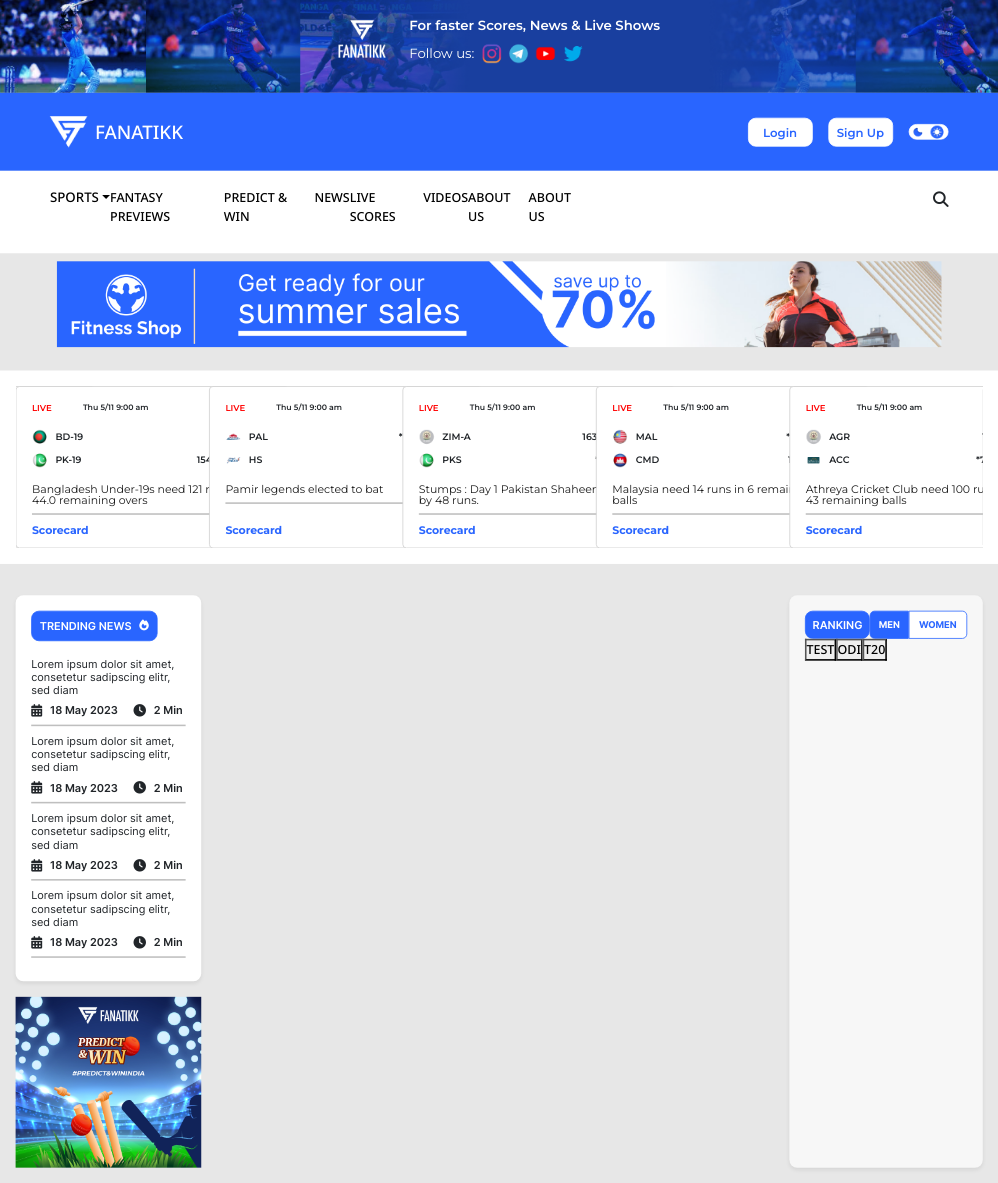
Repository: FlyweisReact/Kannapa
Page: /
These files come from the project's save history. The page is drawn as it stood at one moment and after a run of saves; the edit follows.
The browser window is 1280 px wide. The pictures show the whole page, at 78% of full size.
Some web libraries are served in a nearby version. The project was rebuilt for these pictures with package versions that can differ from the ones it lists, and the page was loaded fresh each time. Also part of the build but not shown: src/Components/Layout/Footer.js, src/Components/Sliders/Index-video-Slider.js, src/Components/firstScreen.jsx, src/Components/secondScreen.jsx, src/Components/thirdScreen.jsx, src/Components/fourthScreen.jsx, src/CSS/Footer.css.

Above is the page before, as saved 2023-06-03 16:06:58.

After the next 2 saves:
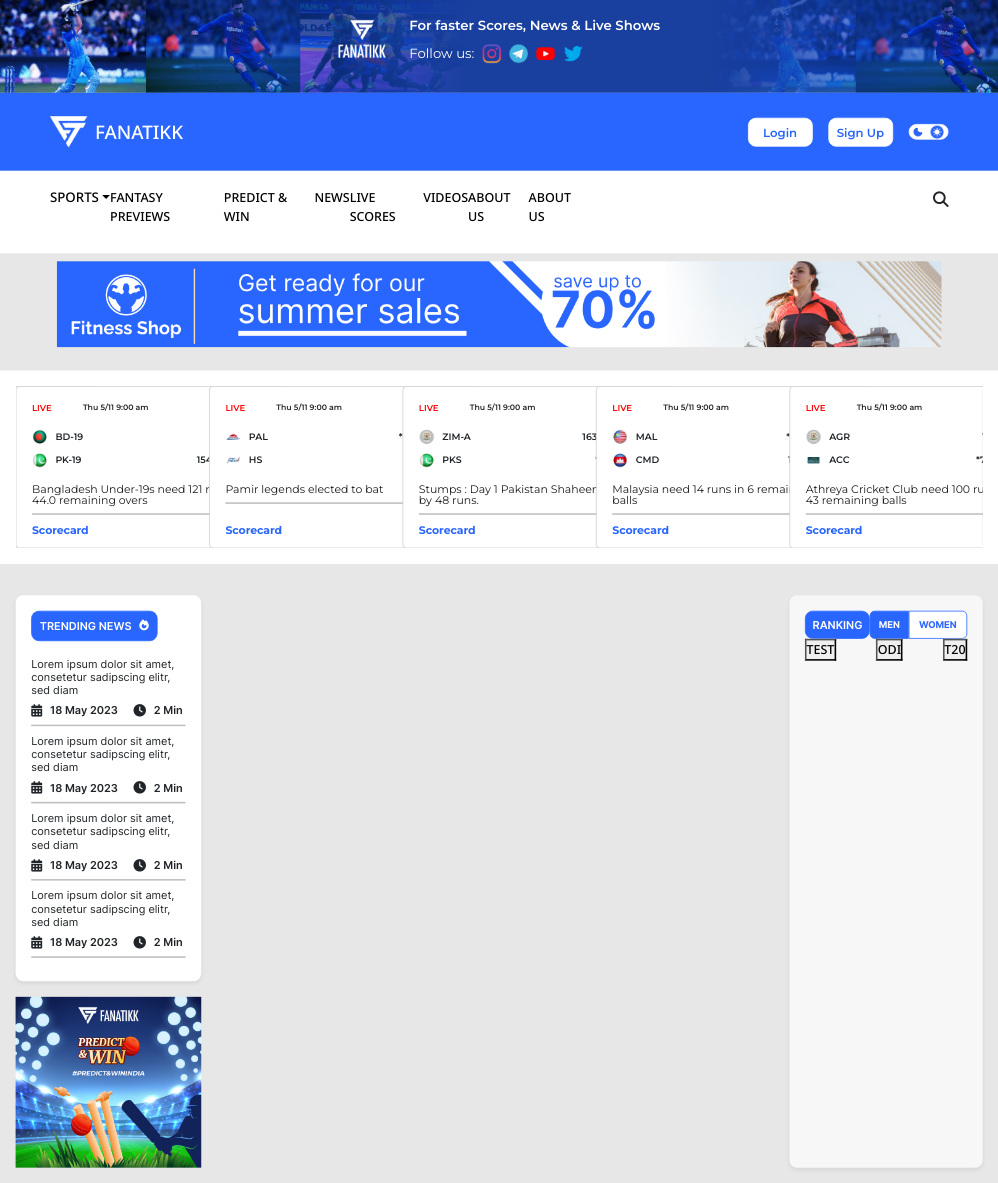
The 2 saves are shown as one change because they came seconds apart.
The last was saved 18 s later.
--- a/src/CSS/Component.css
+++ b/src/CSS/Component.css
@@ -429,4 +429,8 @@
 }
 
 
-.Index_Three_Sec_Layout .Right_Comp
+.Index_Three_Sec_Layout .Right_Comp  .Three_Button{
+  display: flex;
+  justify-content: space-between;
+  gap: 10px;
+}
